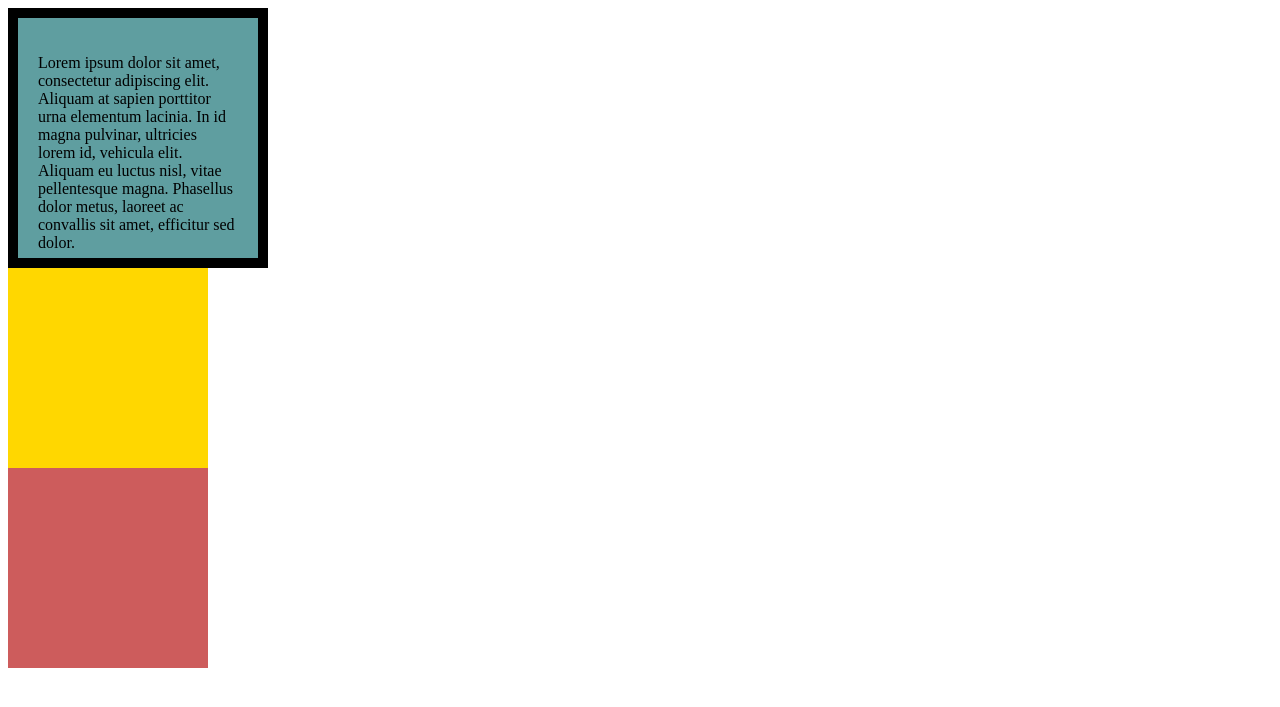
Repository: arzeee/Web_Course
Page: 6.3+CSS+Box+Model/6.3 CSS Box Model/index.html
These files come from the project's save history. The page is drawn as it stood at one moment and after a run of saves; the edit follows.
The browser window is 1280 px wide. The pictures show the whole page.

Above is the page before, as saved 2025-07-04 18:26:35.

### 6.3+CSS+Box+Model/6.3 CSS Box Model/index.html
<!DOCTYPE html>
<html lang="en">

<head>
  <meta charset="UTF-8">
  <title>CSS Box Model</title>
  <style>
    /* Write your CSS code here */

    .box {
      height: 200px;
      width: 200px;
    }

    .box1{
      padding: 20px;
      border: 10px solid black;
      background-color: cadetblue;
      margin: 0;
    }

    .box2 {
      background-color: gold;
    }
    .box3 {
      background-color: indianred;
    }

  </style>
</head>

<body>
  <div class="box box1">
    <p>Lorem ipsum dolor sit amet, consectetur adipiscing elit. Aliquam at sapien porttitor urna elementum lacinia. In
    id magna pulvinar, ultricies lorem id, vehicula elit. Aliquam eu luctus nisl, vitae pellentesque magna. Phasellus
    dolor metus, laoreet ac convallis sit amet, efficitur sed dolor.</p>
  </div>
  <div class="box box2">

  </div>
  <div class="box box3">

  </div>


  <!-- TODOs:
1. Create 3 Boxes using the div element.
2. Set their sizes to 200px heigh by 200px wide.
3. Set different background colors for each of the boxes (I used cadetblue, gold and indianred).
4. Add a paragraph <p> element into the first div and add the following words:
    Lorem ipsum dolor sit amet, consectetur adipiscing elit. Aliquam at sapien porttitor urna elementum lacinia. In
    id magna pulvinar, ultricies lorem id, vehicula elit. Aliquam eu luctus nisl, vitae pellentesque magna. Phasellus
    dolor metus, laoreet ac convallis sit amet, efficitur sed dolor.
5. Set the 1st div to have 20px padding all around with a black 10px border.
6. Fix the style of the <p> element to remove all margins.
Hint: Use the CSS inspector in Chrome.
7. Set the 2nd div to have a 20px border on top and bottom and 10px border left and right. (See goal image)
8. Set the 3rd div to have a 10px border
9. Set the margins for the divs so that each box corner touches the other. (See the goal image)
-->

</body>

</html>

After the next 5 saves:
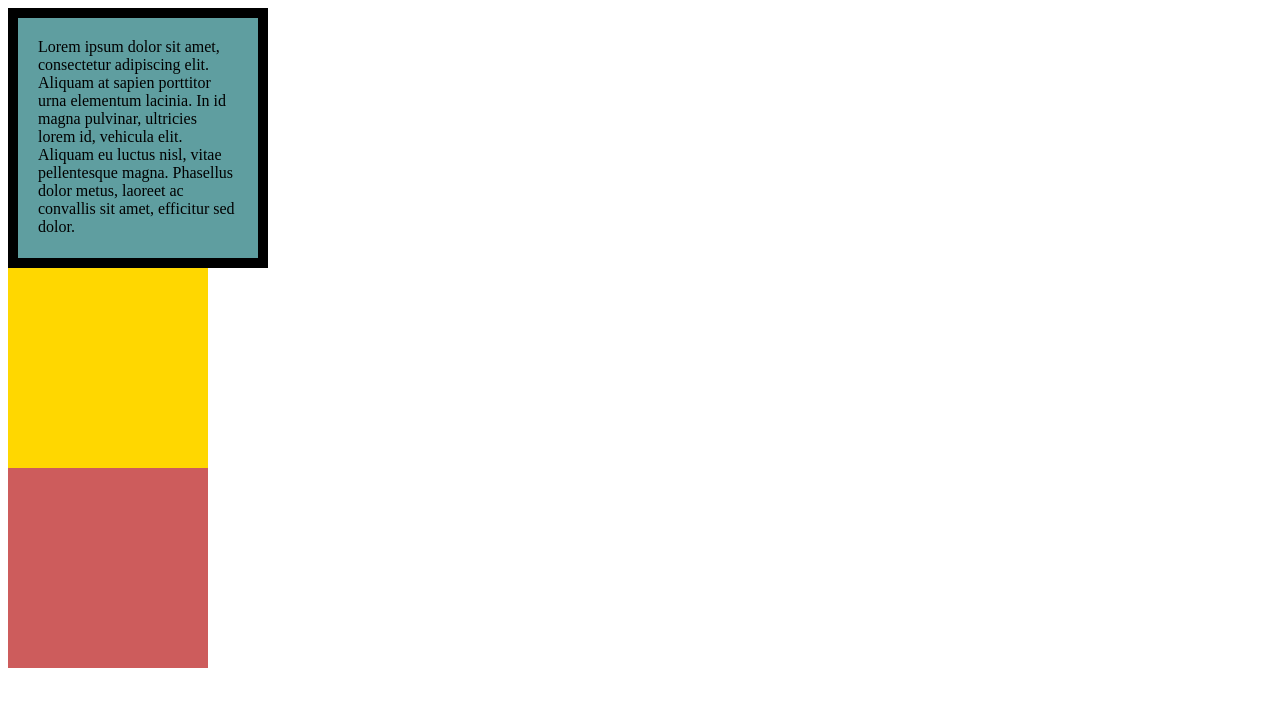
The 5 saves are shown as one change because they came seconds apart.
The last was saved 10 s later.
--- a/6.3+CSS+Box+Model/6.3 CSS Box Model/index.html
+++ b/6.3+CSS+Box+Model/6.3 CSS Box Model/index.html
@@ -18,7 +18,9 @@
       background-color: cadetblue;
       margin: 0;
     }
-
+    .box1 p{
+      margin: 0;
+    }
     .box2 {
       background-color: gold;
     }
